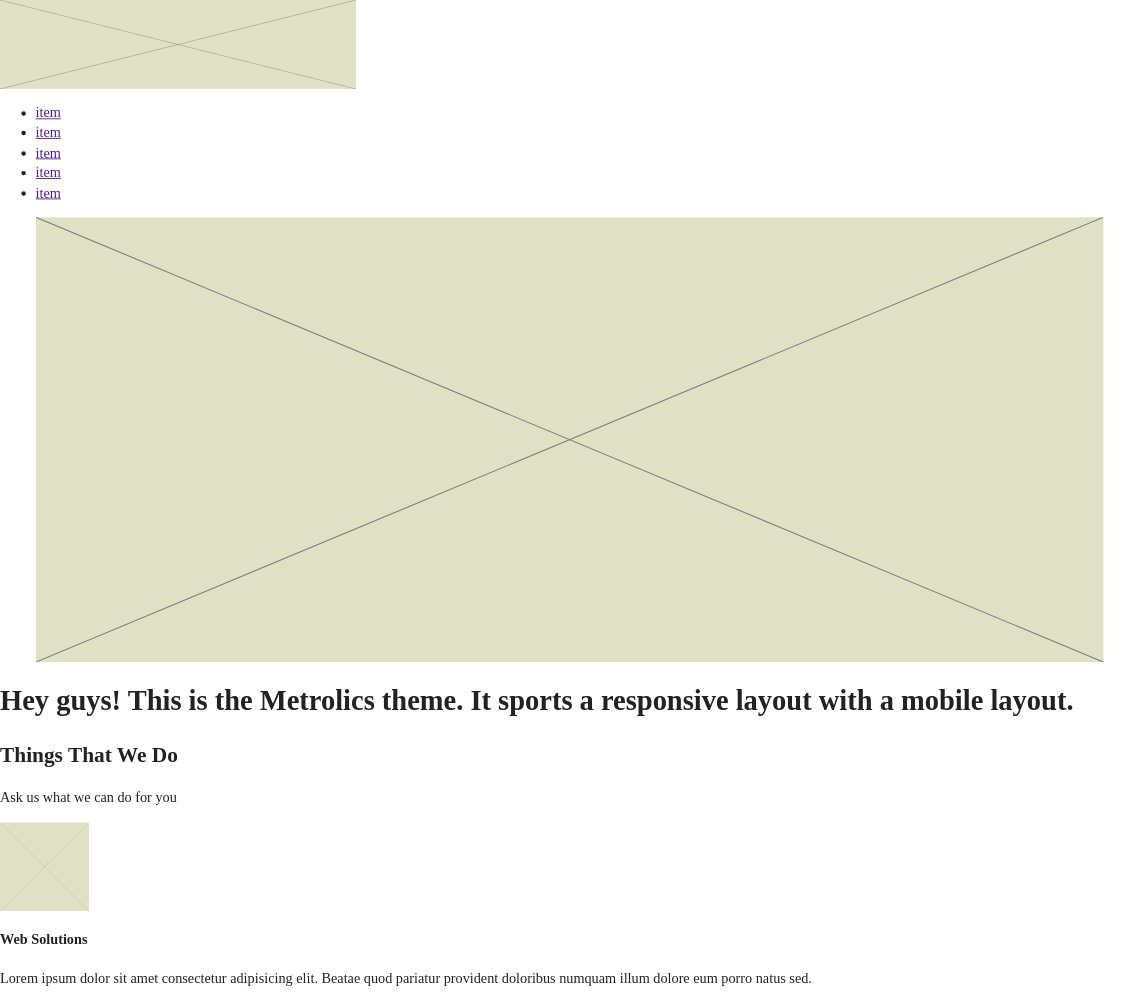
Repository: leahma1208/MDIA2003_Project1
Page: index.html
These files come from the project's save history. The page is drawn as it stood at one moment and after the next save; the edit follows.
The browser window is 1280 px wide. The pictures show the whole page, at 89% of full size.

Above is the page before, as saved 2021-01-22 21:21:46.

### index.html
<!doctype html>
<html class="no-js" lang="">

<head>
  <meta charset="utf-8">
  <title>Leah|Lab03</title>
  <meta name="viewport" content="width=device-width, initial-scale=1">


  <link rel="manifest" href="site.webmanifest">
  <link rel="apple-touch-icon" href="icon.png">
  <!-- Place favicon.ico in the root directory -->

  <link rel="stylesheet" href="css/normalize.css">
  <link rel="stylesheet" href="css/main.css">


</head>

<body>

  <!-- Add your site or application content here -->
  <header class="page_header">
    <div class="logo">
      <img src="img/placeholder.svg" alt="logo" width="400px" height="100px">
    </div>

    <nav>
      <ul>
        <li class="nav_items"><a href="" class="">item</a></li>
        <li class="nav_items"><a href="" class="">item</a></li>
        <li class="nav_items"><a href="" class="">item</a></li>
        <li class="nav_items"><a href="" class="">item</a></li>
        <li class="nav_items"><a href="" class="">item</a></li>
      </ul>
    </nav>

  </header>

  <figure class="hero_image">
      <img src="img/placeholder.svg" alt="heroimage" width="100%" height="500px;">
  </figure>

  <header class="main_header">
  <h1>
    Hey guys! This is the Metrolics theme. It sports a responsive layout with a
    mobile layout.
  </h1>
  </header>

  <section class="about">
    <div class="about_header">
      <h2>Things That We Do</h2>
        <p>Ask us what we can do for you</p>
    </div>

    <div class="web_solutions">
      <img class="solution_icon" src="img/placeholder.svg" alt="websolution icon" width="100px" height="100px">
      <div class="solution_info">
        <h4>Web Solutions</h4>
        <p>Lorem ipsum dolor sit amet consectetur adipisicing elit.
          Beatae quod pariatur provident doloribus numquam illum
          dolore eum porro natus sed.</p>
      </div>

    </div>
  </section>










  <script src="js/vendor/modernizr-3.11.2.min.js"></script>
  <script src="js/plugins.js"></script>
  <script src="js/main.js"></script>

  <!-- Google Analytics: change UA-XXXXX-Y to be your site's ID. -->
  <script>
    window.ga = function () { ga.q.push(arguments) }; ga.q = []; ga.l = +new Date;
    ga('create', 'UA-XXXXX-Y', 'auto'); ga('set', 'anonymizeIp', true); ga('set', 'transport', 'beacon'); ga('send', 'pageview')
  </script>
  <script src="https://www.google-analytics.com/analytics.js" async></script>
</body>

</html>

### css/main.css
/*! HTML5 Boilerplate v8.0.0 | MIT License | https://html5boilerplate.com/ */

/* main.css 2.1.0 | MIT License | https://github.com/h5bp/main.css#readme */
/*
 * What follows is the result of much research on cross-browser styling.
 * Credit left inline and big thanks to Nicolas Gallagher, Jonathan Neal,
 * Kroc Camen, and the H5BP dev community and team.
 */

/* ==========================================================================
   Base styles: opinionated defaults
   ========================================================================== */

html {
  color: #222;
  font-size: 1em;
  line-height: 1.4;
}

/*
 * Remove text-shadow in selection highlight:
 * https://twitter.com/miketaylr/status/12228805301
 *
 * Vendor-prefixed and regular ::selection selectors cannot be combined:
 * https://stackoverflow.com/a/16982510/7133471
 *
 * Customize the background color to match your design.
 */

::-moz-selection {
  background: #b3d4fc;
  text-shadow: none;
}

::selection {
  background: #b3d4fc;
  text-shadow: none;
}

/*
 * A better looking default horizontal rule
 */

hr {
  display: block;
  height: 1px;
  border: 0;
  border-top: 1px solid #ccc;
  margin: 1em 0;
  padding: 0;
}

/*
 * Remove the gap between audio, canvas, iframes,
 * images, videos and the bottom of their containers:
 * https://github.com/h5bp/html5-boilerplate/issues/440
 */

audio,
canvas,
iframe,
img,
svg,
video {
  vertical-align: middle;
}

/*
 * Remove default fieldset styles.
 */

fieldset {
  border: 0;
  margin: 0;
  padding: 0;
}

/*
 * Allow only vertical resizing of textareas.
 */

textarea {
  resize: vertical;
}

/* ==========================================================================
   Author's custom styles
   ========================================================================== */

/* ==========================================================================
   Helper classes
   ========================================================================== */

/*
 * Hide visually and from screen readers
 */

.hidden,
[hidden] {
  display: none !important;
}

/*
 * Hide only visually, but have it available for screen readers:
 * https://snook.ca/archives/html_and_css/hiding-content-for-accessibility
 *
 * 1. For long content, line feeds are not interpreted as spaces and small width
 *    causes content to wrap 1 word per line:
 *    https://medium.com/@jessebeach/beware-smushed-off-screen-accessible-text-5952a4c2cbfe
 */

.sr-only {
  border: 0;
  clip: rect(0, 0, 0, 0);
  height: 1px;
  margin: -1px;
  overflow: hidden;
  padding: 0;
  position: absolute;
  white-space: nowrap;
  width: 1px;
  /* 1 */
}

/*
 * Extends the .sr-only class to allow the element
 * to be focusable when navigated to via the keyboard:
 * https://www.drupal.org/node/897638
 */

.sr-only.focusable:active,
.sr-only.focusable:focus {
  clip: auto;
  height: auto;
  margin: 0;
  overflow: visible;
  position: static;
  white-space: inherit;
  width: auto;
}

/*
 * Hide visually and from screen readers, but maintain layout
 */

.invisible {
  visibility: hidden;
}

/*
 * Clearfix: contain floats
 *
 * For modern browsers
 * 1. The space content is one way to avoid an Opera bug when the
 *    `contenteditable` attribute is included anywhere else in the document.
 *    Otherwise it causes space to appear at the top and bottom of elements
 *    that receive the `clearfix` class.
 * 2. The use of `table` rather than `block` is only necessary if using
 *    `:before` to contain the top-margins of child elements.
 */

.clearfix::before,
.clearfix::after {
  content: " ";
  display: table;
}

.clearfix::after {
  clear: both;
}

/* ==========================================================================
   EXAMPLE Media Queries for Responsive Design.
   These examples override the primary ('mobile first') styles.
   Modify as content requires.
   ========================================================================== */

@media only screen and (min-width: 35em) {
  /* Style adjustments for viewports that meet the condition */
}

@media print,
  (-webkit-min-device-pixel-ratio: 1.25),
  (min-resolution: 1.25dppx),
  (min-resolution: 120dpi) {
  /* Style adjustments for high resolution devices */
}

/* ==========================================================================
   Print styles.
   Inlined to avoid the additional HTTP request:
   https://www.phpied.com/delay-loading-your-print-css/
   ========================================================================== */

@media print {
  *,
  *::before,
  *::after {
    background: #fff !important;
    color: #000 !important;
    /* Black prints faster */
    box-shadow: none !important;
    text-shadow: none !important;
  }

  a,
  a:visited {
    text-decoration: underline;
  }

  a[href]::after {
    content: " (" attr(href) ")";
  }

  abbr[title]::after {
    content: " (" attr(title) ")";
  }

  /*
   * Don't show links that are fragment identifiers,
   * or use the `javascript:` pseudo protocol
   */
  a[href^="#"]::after,
  a[href^="javascript:"]::after {
    content: "";
  }

  pre {
    white-space: pre-wrap !important;
  }

  pre,
  blockquote {
    border: 1px solid #999;
    page-break-inside: avoid;
  }

  /*
   * Printing Tables:
   * https://web.archive.org/web/20180815150934/http://css-discuss.incutio.com/wiki/Printing_Tables
   */
  thead {
    display: table-header-group;
  }

  tr,
  img {
    page-break-inside: avoid;
  }

  p,
  h2,
  h3 {
    orphans: 3;
    widows: 3;
  }

  h2,
  h3 {
    page-break-after: avoid;
  }
}

### js/plugins.js
// Avoid `console` errors in browsers that lack a console.
(function() {
  var method;
  var noop = function () {};
  var methods = [
    'assert', 'clear', 'count', 'debug', 'dir', 'dirxml', 'error',
    'exception', 'group', 'groupCollapsed', 'groupEnd', 'info', 'log',
    'markTimeline', 'profile', 'profileEnd', 'table', 'time', 'timeEnd',
    'timeline', 'timelineEnd', 'timeStamp', 'trace', 'warn'
  ];
  var length = methods.length;
  var console = (window.console = window.console || {});

  while (length--) {
    method = methods[length];

    // Only stub undefined methods.
    if (!console[method]) {
      console[method] = noop;
    }
  }
}());

// Place any jQuery/helper plugins in here.

Loaded but not shown: css/normalize.css (library); js/vendor/modernizr-3.11.2.min.js (library); js/main.js (no stored copy; drawn as an empty file)

After the next save:
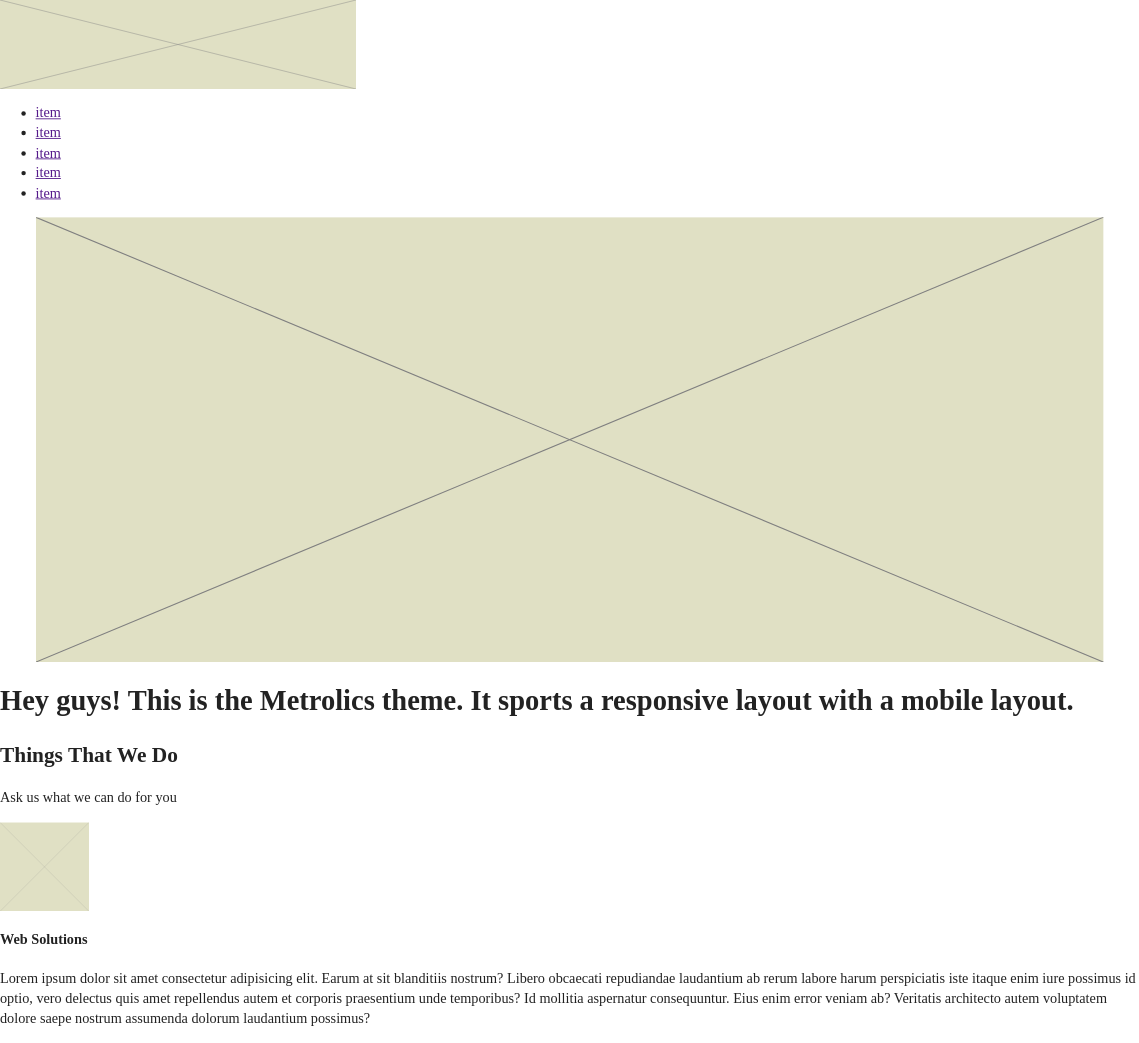
Saved 46 s later.
--- a/index.html
+++ b/index.html
@@ -58,9 +58,7 @@
       <img class="solution_icon" src="img/placeholder.svg" alt="websolution icon" width="100px" height="100px">
       <div class="solution_info">
         <h4>Web Solutions</h4>
-        <p>Lorem ipsum dolor sit amet consectetur adipisicing elit.
-          Beatae quod pariatur provident doloribus numquam illum
-          dolore eum porro natus sed.</p>
+        <p>Lorem ipsum dolor sit amet consectetur adipisicing elit. Earum at sit blanditiis nostrum? Libero obcaecati repudiandae laudantium ab rerum labore harum perspiciatis iste itaque enim iure possimus id optio, vero delectus quis amet repellendus autem et corporis praesentium unde temporibus? Id mollitia aspernatur consequuntur. Eius enim error veniam ab? Veritatis architecto autem voluptatem dolore saepe nostrum assumenda dolorum laudantium possimus?</p>
       </div>
 
     </div>
